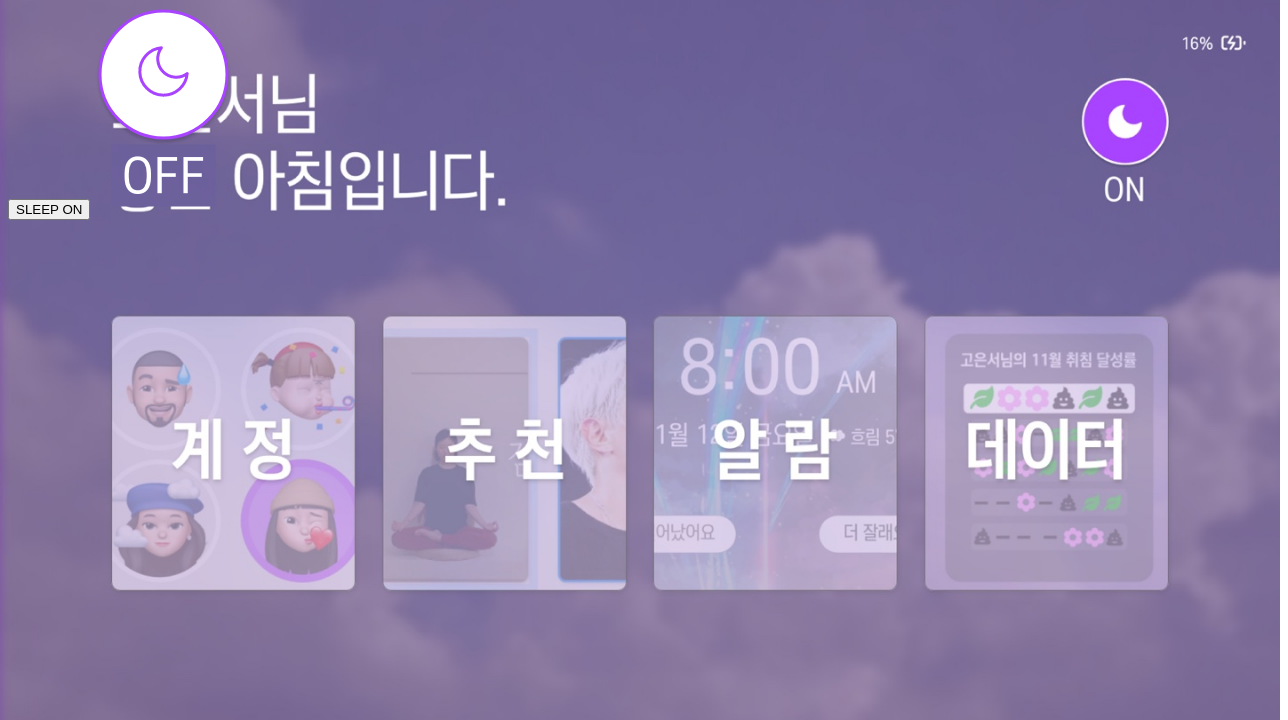
Repository: meanz1/SE_SleepWithMe
Page: SmartTVWorkspace/testapp/button.html
An editor plug-in stored every save of this project. The page is shown before and after the next save, followed by the edit.
The browser window is 1280 px wide. The page is 1288 px wide, so the pictures cover 1288 px, including what lies to the right of the window. The pictures show the whole page.

Above is the page before, as saved 2021-11-18 07:12:47.

After the next save:
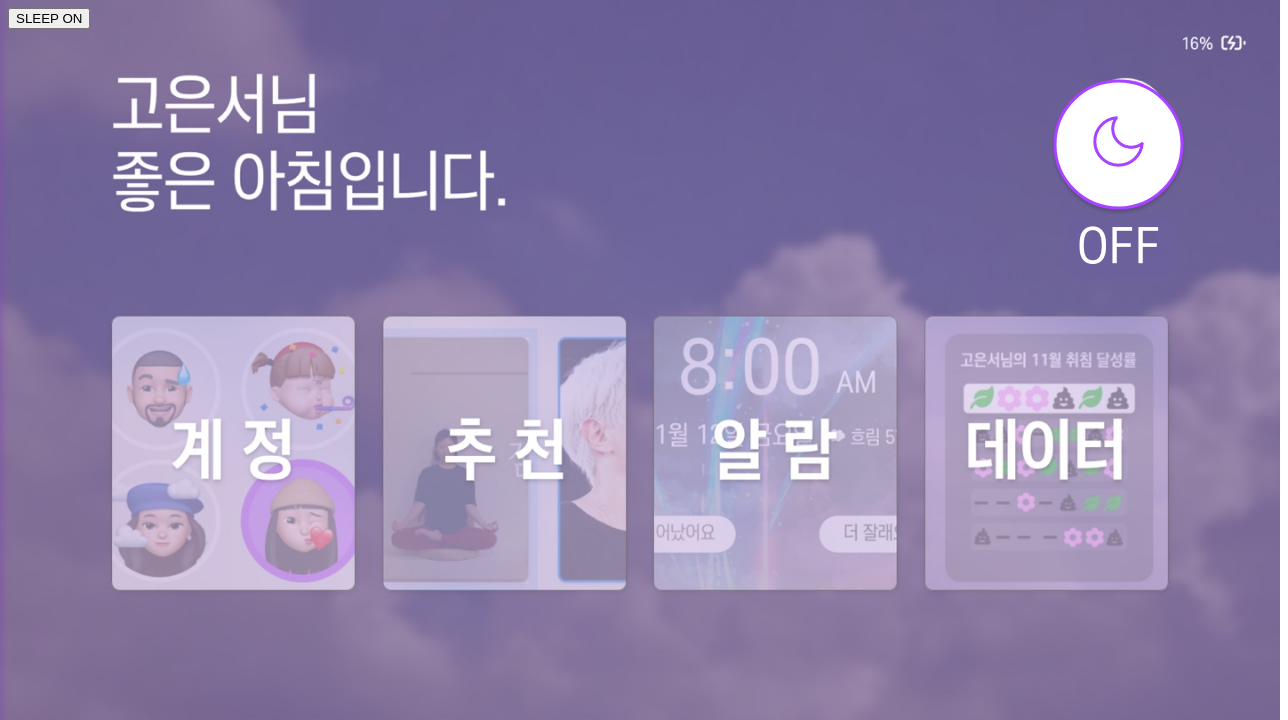
Saved 67 s later.
--- a/SmartTVWorkspace/testapp/button.html
+++ b/SmartTVWorkspace/testapp/button.html
@@ -15,6 +15,11 @@
     	font-size: 50px;
     	text-align: center;
     }
+    img {
+    	float: right;
+    	margin-top: 70px;
+    	margin-right: 100px;
+    }
 </style>
 <script type="text/javascript">
 
